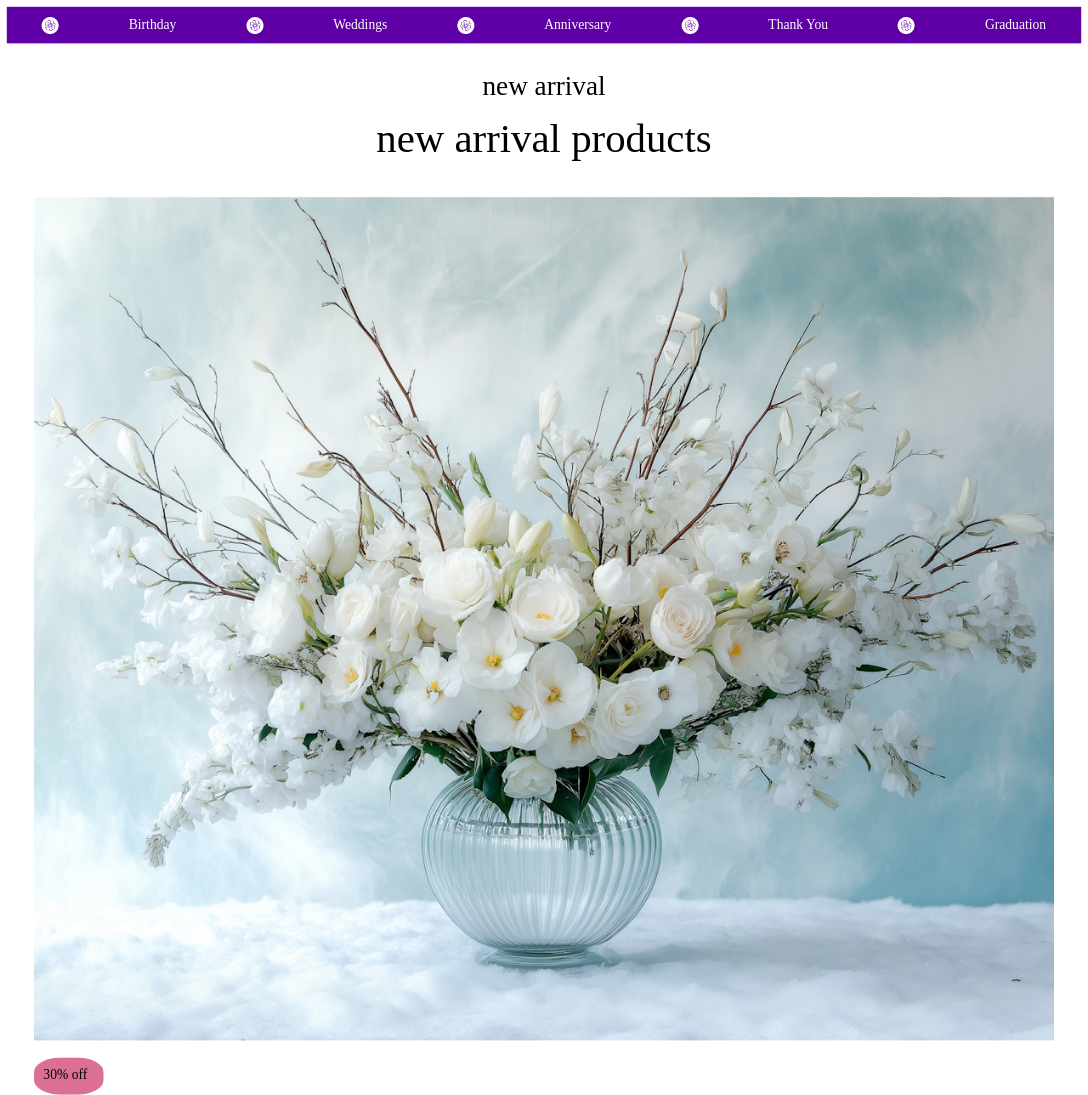
Repository: KolawoleTemilade/classroom-learning
Page: newarrival/index.html
The author's editor kept a copy of each file at every save. The page is drawn from the files as they stood at one save, then again after a run of saves.
The browser window is 1280 px wide. The pictures show the whole page, at 85% of full size.

Above is the page before, as saved 2025-10-01 18:21:24.

### newarrival/index.html
<!DOCTYPE html>
<html lang="en">
  <head>
    <meta charset="UTF-8" />
    <meta name="viewport" content="width=h, initial-scale=1.0" />
    <title>new arrival</title>
    <link rel="stylesheet" href="style.css" />
  </head>
  <body>
    <section class="new-arrival-sect">
      <div class="marq-sect">
        <div class="marque">
          <img
            src="../newarrival/images/icons/marqueflower.png"
            alt="flower-icon"
            width="20"
            height="20"
          />
          <span>birthday</span>
          <img
            src="../newarrival/images/icons/marqueflower.png"
            alt="flower-icon"
            width="20"
            height="20"
          />
          <span>weddings</span>
          <img
            src="../newarrival/images/icons/marqueflower.png"
            alt="flower-icon"
            width="20"
            height="20"
          />
          <span>anniversary</span>
          <img
            src="../newarrival/images/icons/marqueflower.png"
            alt="flower-icon"
            width="20"
            height="20"
          />
          <span>thank you</span>
          <img
            src="../newarrival/images/icons/marqueflower.png"
            alt="flower-icon"
            width="20"
            height="20"
          />
          <span>graduation</span>
        </div>
      </div>
      <div class="new-arrival">
        <div class="new-arrival-title">
          <p class="title1">
            new arrival
            <span class="title2">new arrival <span>products</span></span>
          </p>
        </div>
        <div class="new-arrival-product-card">
          <div class="product-card">
            <div class="img-sect">
              <img src="./images/new-arrival/flower1.png" alt="flower1" />
              <div class="absolute-container">
                <p class="slash">30% off</p>
              </div>
            </div>
            <div class="text-sect"></div>
          </div>
        </div>
      </div>
    </section>
  </body>
</html>

### newarrival/style.css
.new-arrival-sect{
    display: flex;
    flex-direction: column;
    align-items: center;
    justify-content: center;
}

.marq-sect{
    background-color: #5E00A6;
    height:6vh;
    width: 100%;
    align-content: center;
}
.marque {
    display: flex;
    align-content: center;
    justify-content:space-around ;
}
.marque > span {
    text-transform: capitalize;
    color: white;
}
.title1{
    font-size: 2rem;
    display: flex;
    flex-direction: column;
    align-items: center;
    justify-content: center;
    gap: 15px;
    t



}
.title2 {
    font-size: 3rem;
}
.new-arrival-title > h2 {
    color: #5E00A6;
}
.product-card {
    display: flex;
    padding: 10px;
    background: white;
}
.img-sect {
    position: relative;
}
.absolute-container > p{
    /* width: 100%; */
}
.slash {
    position: absolute;
    top: left;
    background: palevioletred;
    padding: 10px;
    width: 5%;
    height: 3vh;
    border: 1px solid transparent;
    border-radius: 40%;
}

After the next 2 saves:
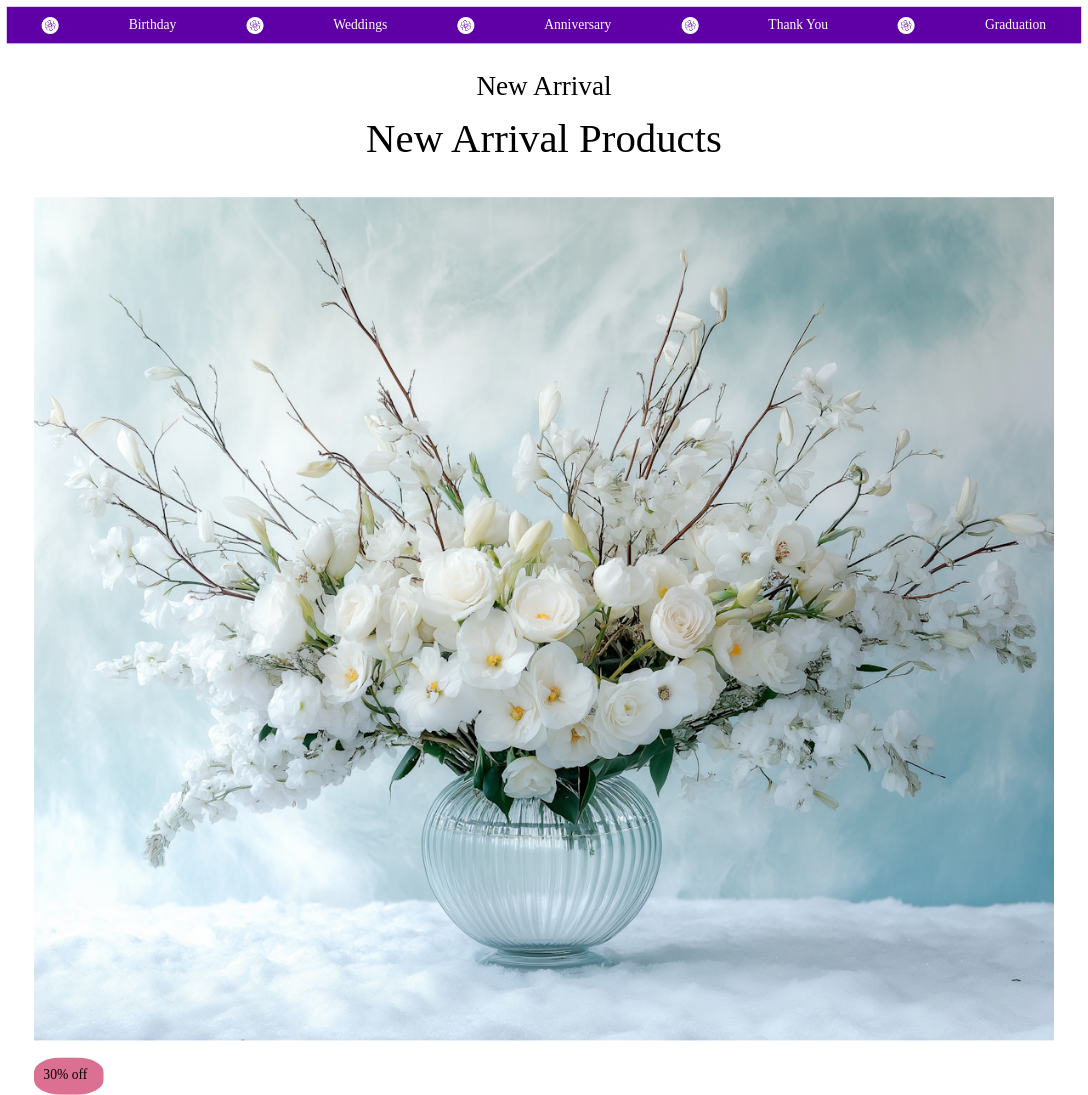
The 2 saves are shown as one change because they came seconds apart.
The last was saved 6 s later.
--- a/newarrival/style.css
+++ b/newarrival/style.css
@@ -27,7 +27,7 @@
     align-items: center;
     justify-content: center;
     gap: 15px;
-    t
+    text-transform: capitalize;
 
 
 
